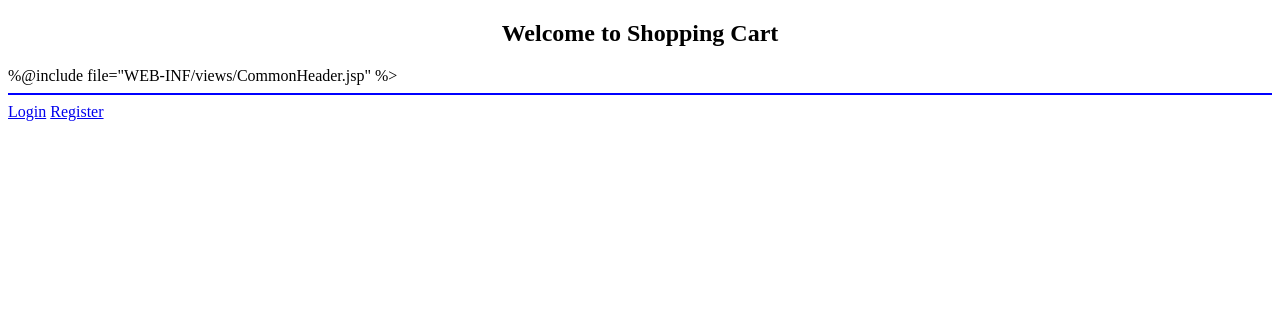
Repository: mrahulbisht/Wheelskart-Project
Page: http://localhost/WheelskartFrontEnd/Home.jsp
An editor plug-in stored every save of this project. The page is shown before and after the next save, followed by the edit.
The browser window is 1280 px wide. The pictures show the whole page.
The page is served by Tomcat 9.

Above is the page before, as saved 2017-04-19 09:51:20.

After the next save:
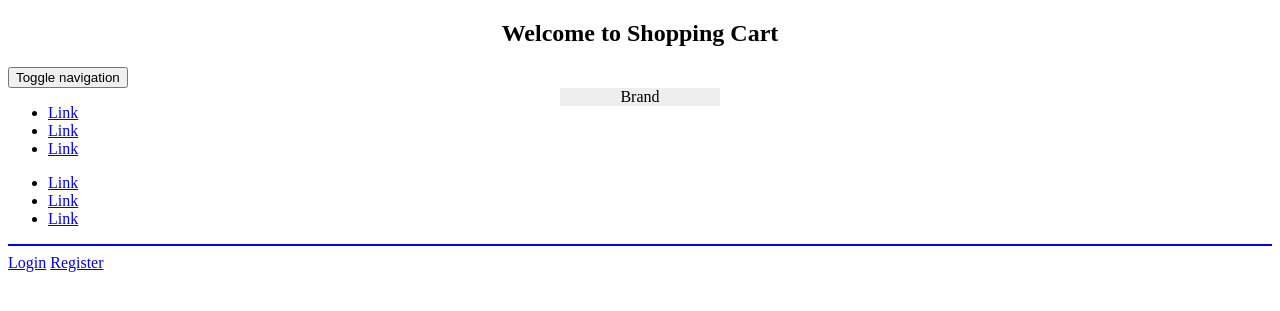
Saved 7 s later.
--- a/project/WheelskartFrontEnd/src/main/webapp/Home.jsp
+++ b/project/WheelskartFrontEnd/src/main/webapp/Home.jsp
@@ -16,7 +16,7 @@
 </center>
 
 
-%@include file="WEB-INF/views/CommonHeader.jsp" %>
+<%@include file="WEB-INF/views/CommonHeader.jsp" %>
 
 	<hr color="blue">
 
